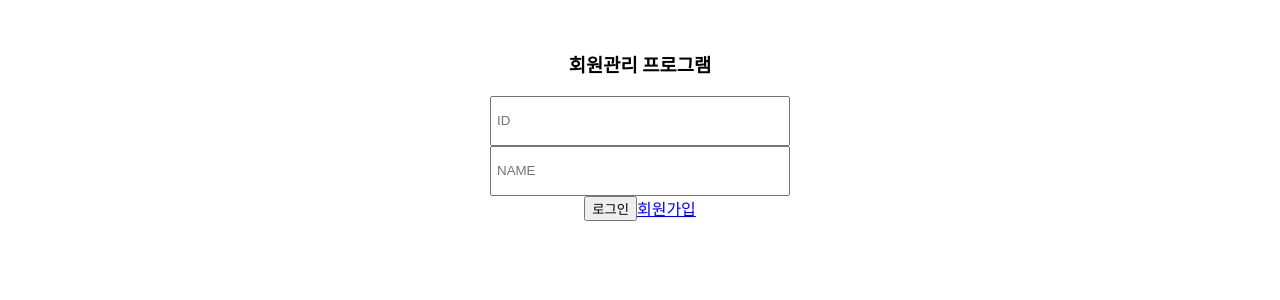
Repository: goatmxj67/ServerProgram1
Page: http://localhost/ServerProgram1/login.jsp
An editor plug-in stored every save of this project. The page is shown before and after the next save, followed by the edit.
The browser window is 1280 px wide. The pictures show the whole page.
The page is served by Tomcat 9.

Above is the page before, as saved 2021-06-14 07:43:40.
Console error: ReferenceError: $ is not defined

After the next save:
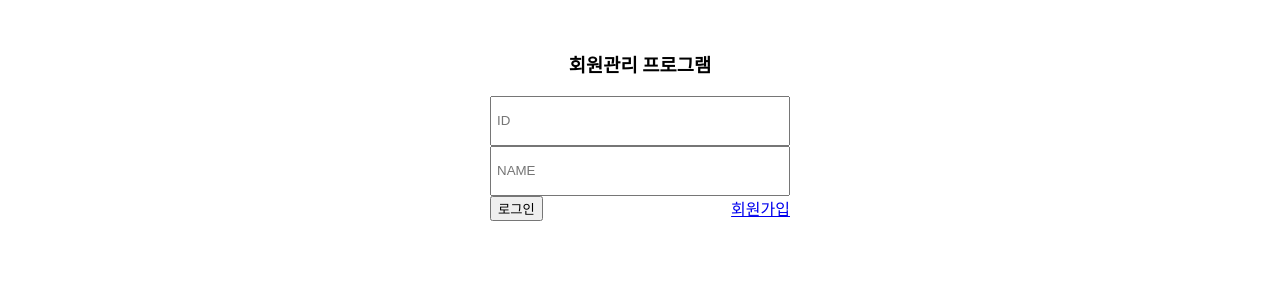
Saved 7 s later.
--- a/ServerProgram1/WebContent/login.jsp
+++ b/ServerProgram1/WebContent/login.jsp
@@ -22,7 +22,7 @@
 	.footer {
 		width: 100%;
 		display: flex;
-		justify-content: center;
+		justify-content: space-between;
 	}
 </style>
 <script>
